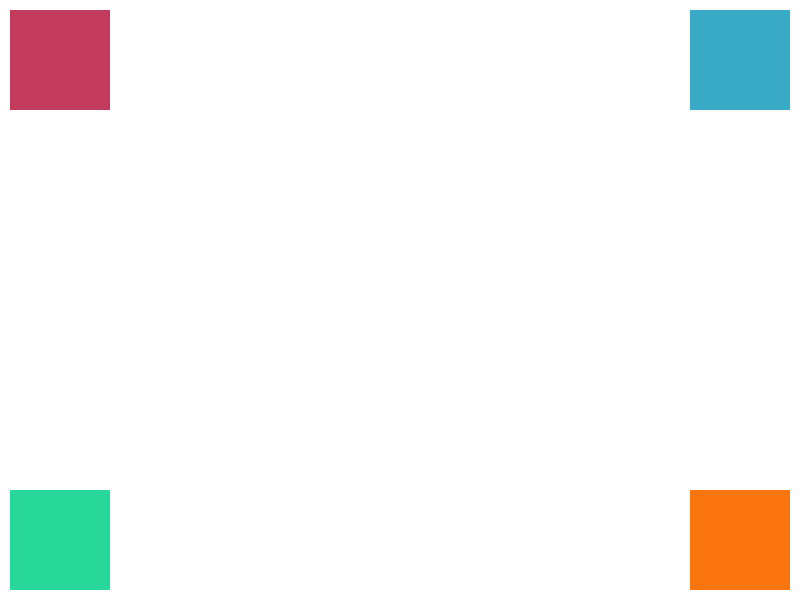
Repository: AlanVidalll/Curso-Java-Completo
Program's window: java exercicios-javafx/src/layout/AppLayout.java
These files come from the project's save history. The program's window is drawn as it stood at one moment and after the next save; the edit follows.
It runs on Java 21 on a 1366 x 768 screen with JavaFX 11; the title bar is not drawn.

Above is the program's window before, as saved 2020-04-11 13:01:47.

After the next save:
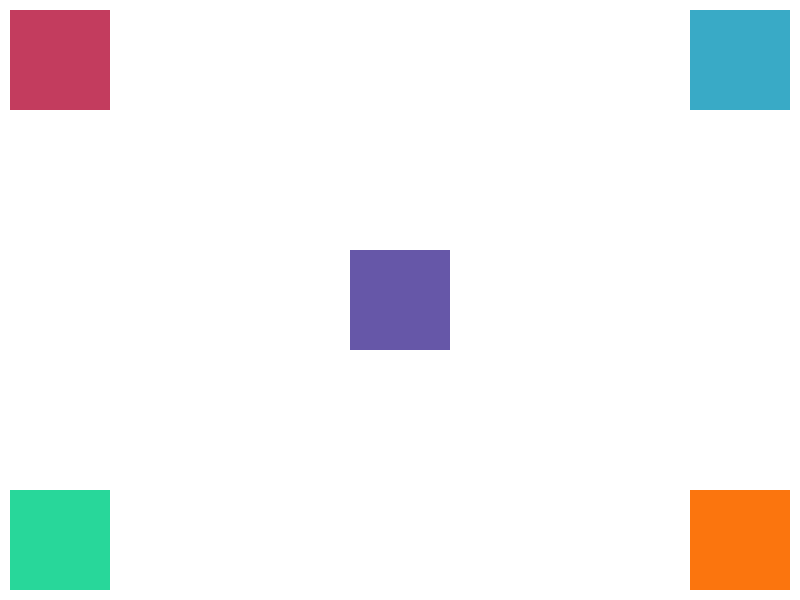
Saved 8 min 1 s later.
--- a/exercicios-javafx/src/layout/TesteAnchorPane.java
+++ b/exercicios-javafx/src/layout/TesteAnchorPane.java
@@ -1,6 +1,8 @@
 package layout;
 
+import javafx.geometry.Pos;
 import javafx.scene.layout.AnchorPane;
+import javafx.scene.layout.HBox;
 
 public class TesteAnchorPane extends AnchorPane {
 
@@ -22,7 +24,19 @@
 		setBottomAnchor(q4, 10.0);
 		setRightAnchor(q4, 10.0);
 
-		getChildren().addAll(q1,q2,q3,q4);
+		Quadrado q5 = new Quadrado();
+		setTopAnchor(q5, 250.0);
+		setLeftAnchor(q5, 350.0);
+
+		HBox centro = new HBox();
+		centro.setAlignment(Pos.CENTER);
+		setTopAnchor(centro, 110.0);
+		setBottomAnchor(centro, 110.0);
+		setLeftAnchor(centro, 110.0);
+		setRightAnchor(centro, 110.0);
+
+		getChildren().add(q5);
+		getChildren().addAll(q1,q2,q3,q4,centro);
 	}
 
 
